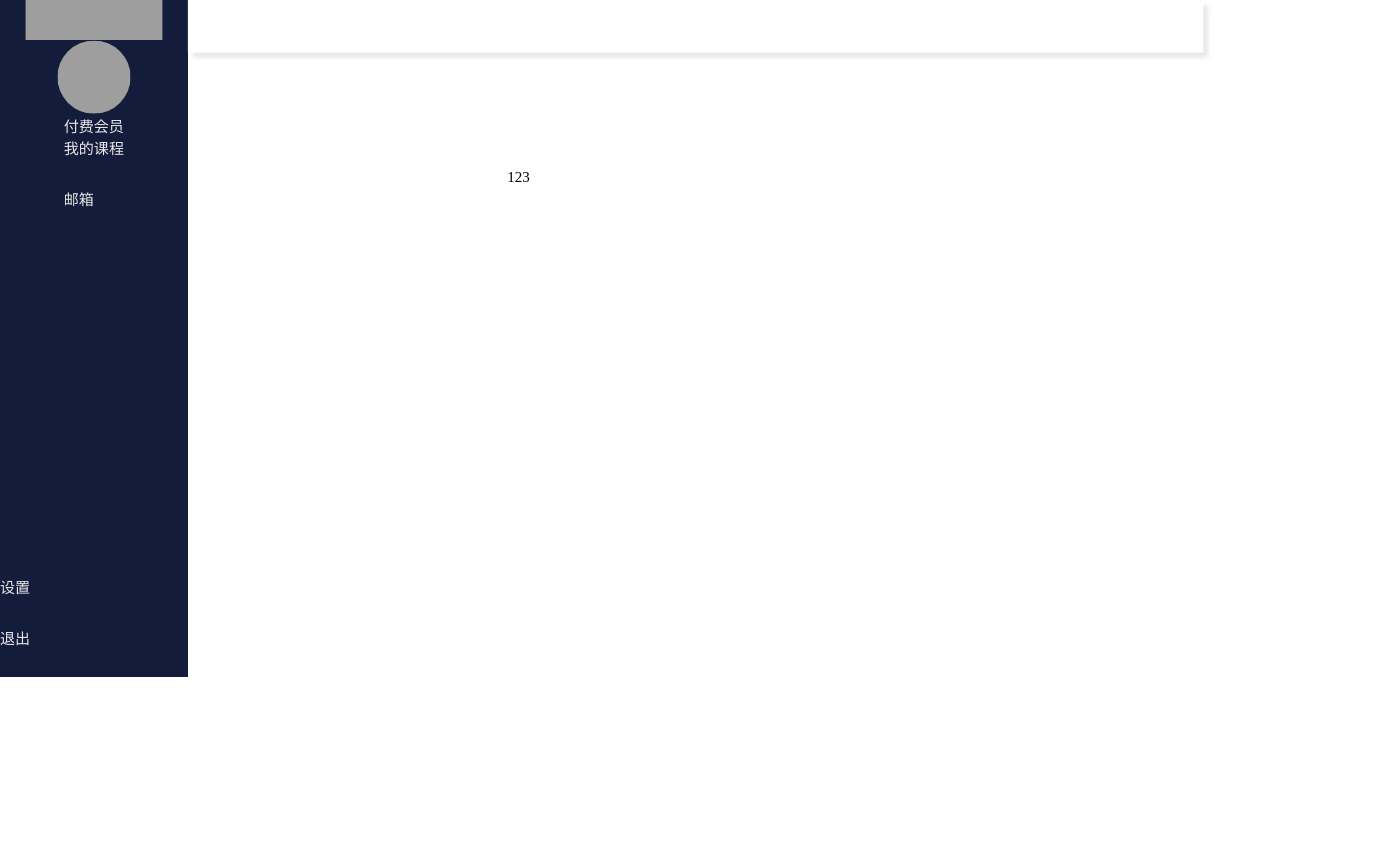
Repository: saswhite/banyuan-class
Page: / (app in 9.14作业/)
An editor plug-in stored every save of this project. The page is shown before and after the next save, followed by the edit.
The browser window is 1280 px wide. The page is 1480 px wide, so the pictures cover 1480 px, including what lies to the right of the window. The pictures show the whole page, at 94% of full size.
Pictures or frames that could not be fetched are drawn as grey boxes. The project was rebuilt for these pictures with package versions that can differ from the ones it lists, and the page was loaded fresh each time.

Above is the page before, as saved 2020-09-14 16:34:27.

After the next save:
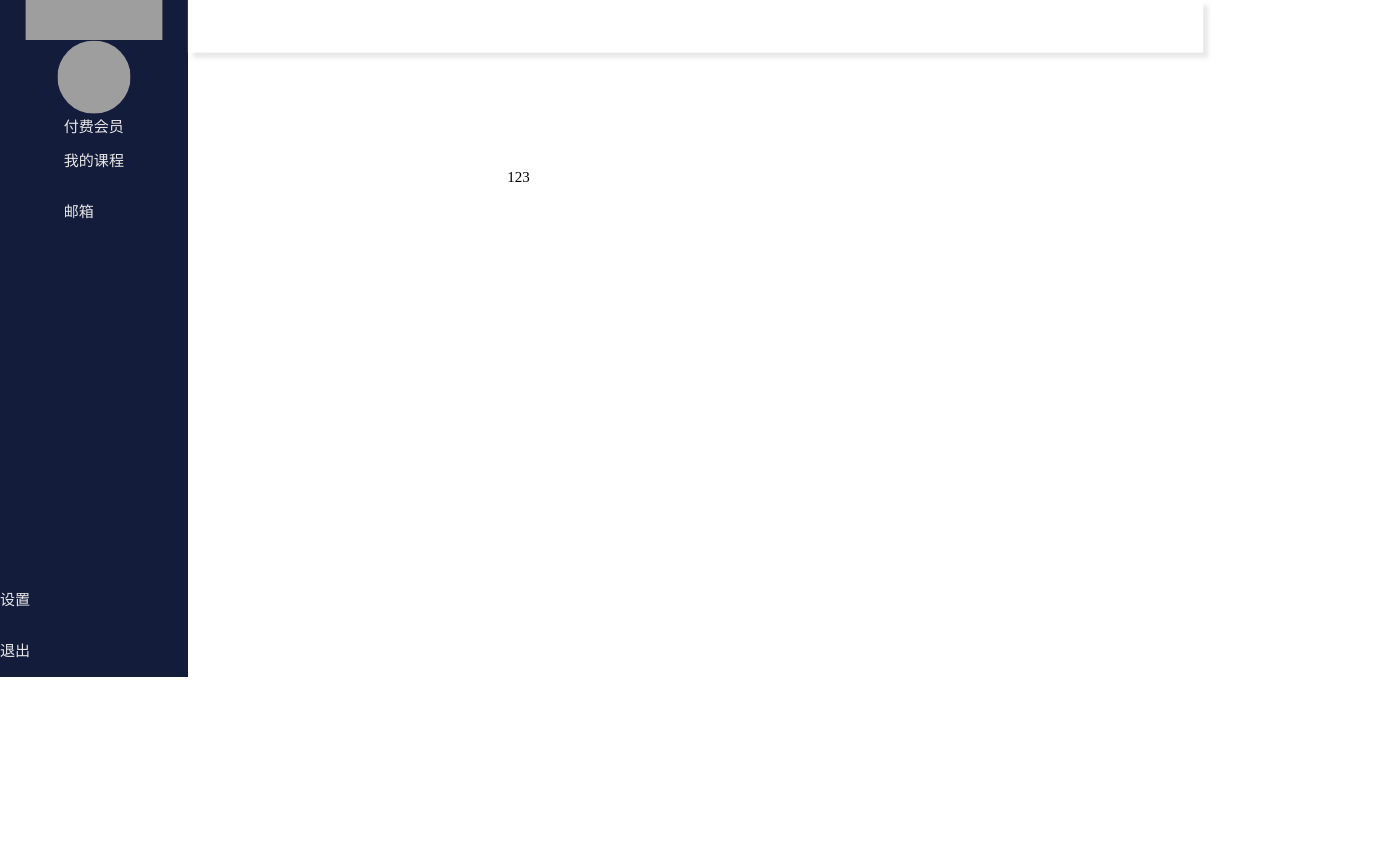
Saved 20 s later.
--- a/9.14作业/src/App.vue
+++ b/9.14作业/src/App.vue
@@ -127,5 +127,6 @@ export default {
 .section {
   width: 100%;
   height: 54px;
+  line-height: 54px;
 }
 </style>
